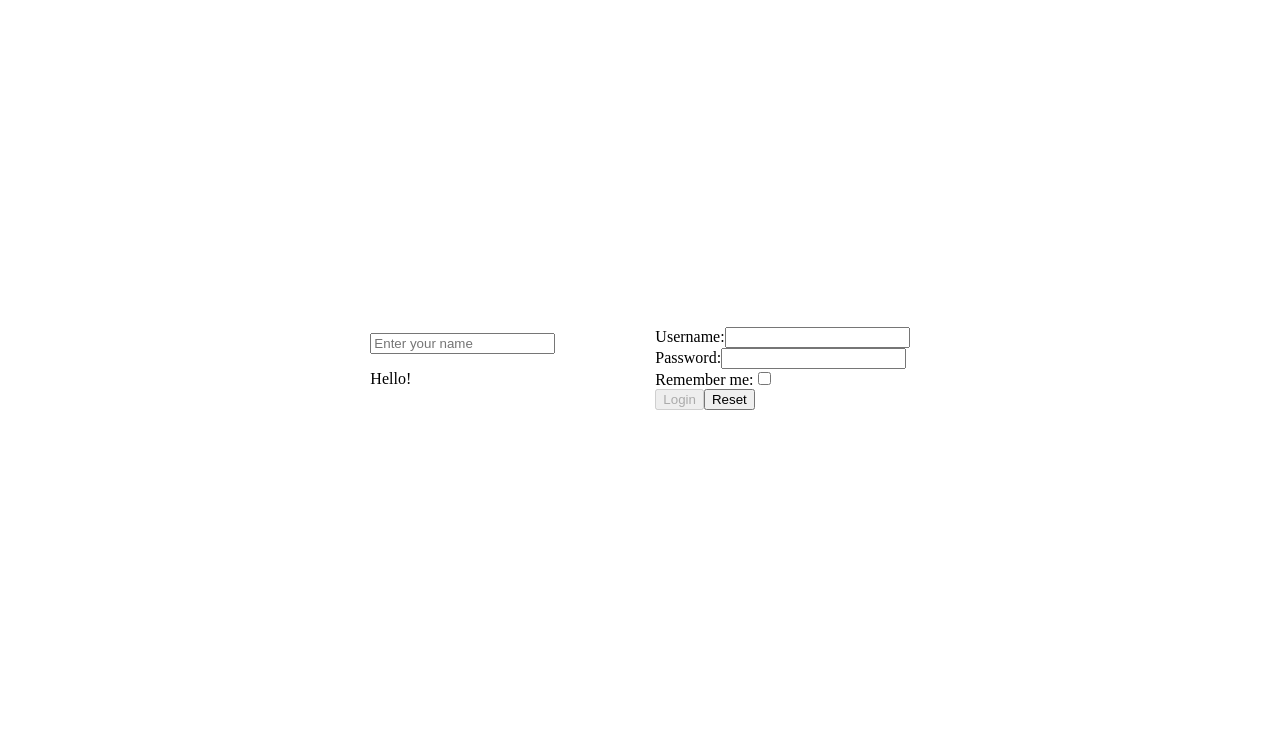
Repository: CryptoFamilyNFT/develhope
Page: / (app in vite/v1/)
These files come from the project's save history. The page is drawn as it stood at one moment and after the next save; the edit follows.
The browser window is 1280 px wide. The pictures show the whole page.
The project was rebuilt for these pictures with package versions that can differ from the ones it lists, and the page was loaded fresh each time. Also part of the build but not shown: vite/v1/vite.config.js, vite/v1/src/components/AlertClock.jsx, vite/v1/src/components/Chat.jsx, vite/v1/src/components/Message.jsx, vite/v1/src/components/Hello.jsx.

Above is the page before, as saved 2025-02-12 11:41:05.

After the next save:
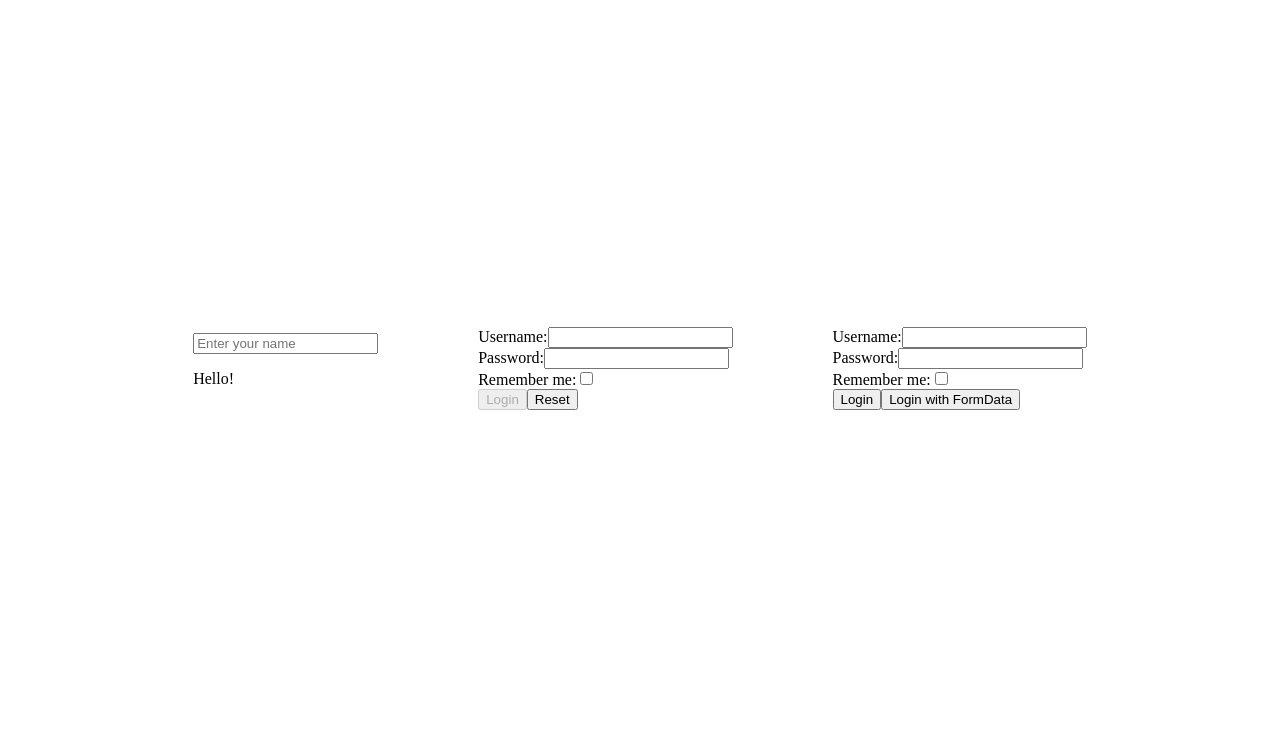
Saved 2 min 28 s later.
--- a/vite/v1/src/App.jsx
+++ b/vite/v1/src/App.jsx
@@ -7,6 +7,7 @@ import Chat from "./components/Chat";
 //import MouseClicker from "./components/MouseClicker";
 import { InteractiveWelcome } from "./components";
 import { Login } from "./components";
+import UncontrolledLogin from "./components/UncontrolledLogin";
 
 function App() {
 
@@ -33,6 +34,7 @@ function App() {
       */}
       <InteractiveWelcome/>
       <Login/>
+      <UncontrolledLogin/>
     </div>
   );
 }
